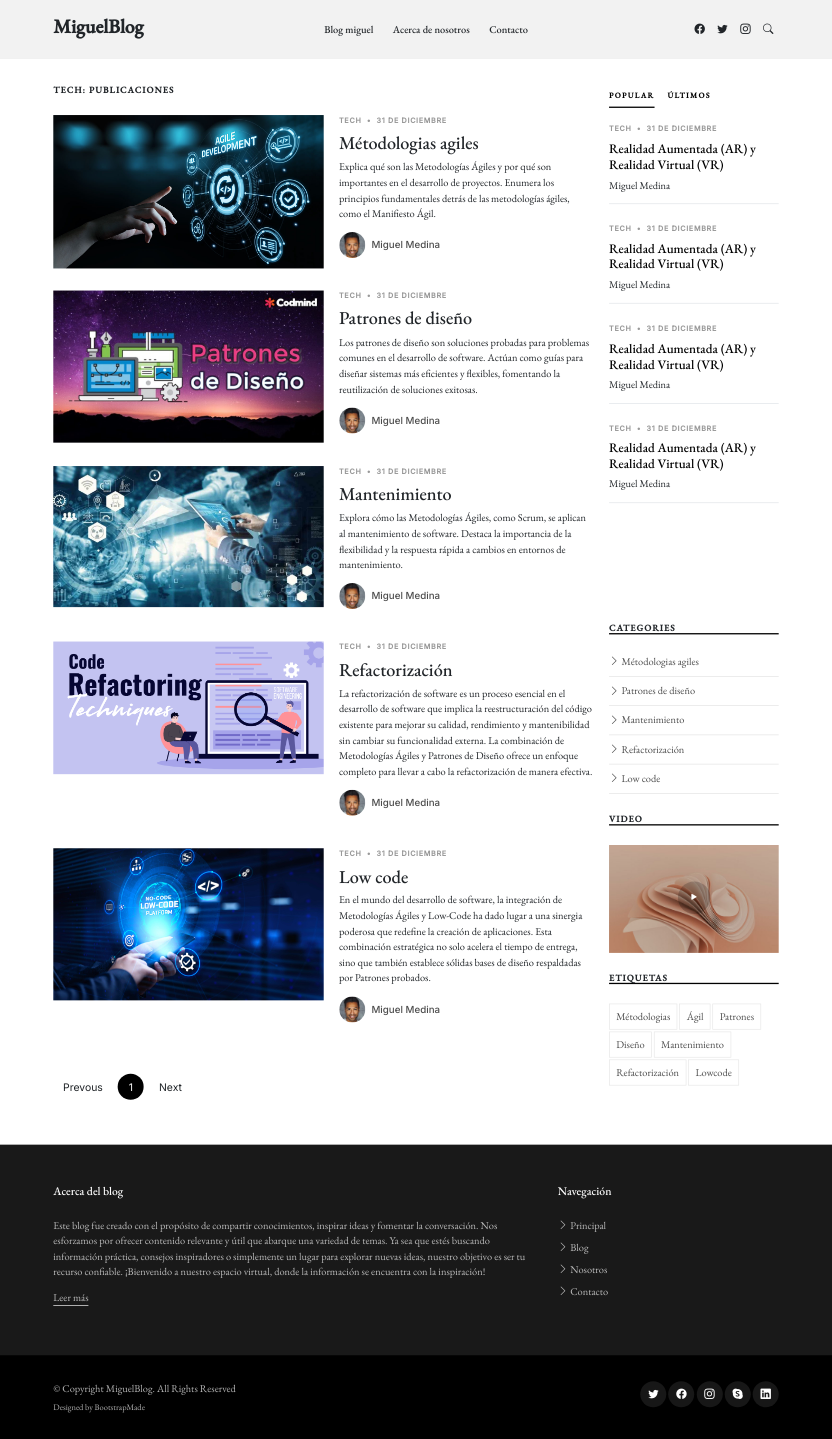
Repository: MiguelDev5/blog-miguel
Page: index.html
The author's editor kept a copy of each file at every save. The page is drawn from the files as they stood at one save, then again after the next save.
The browser window is 1280 px wide. The pictures show the whole page, at 65% of full size.
Some web fonts or font styles are not loaded; a fallback is used.

Above is the page before, as saved 2024-01-01 21:37:12.

After the next save:
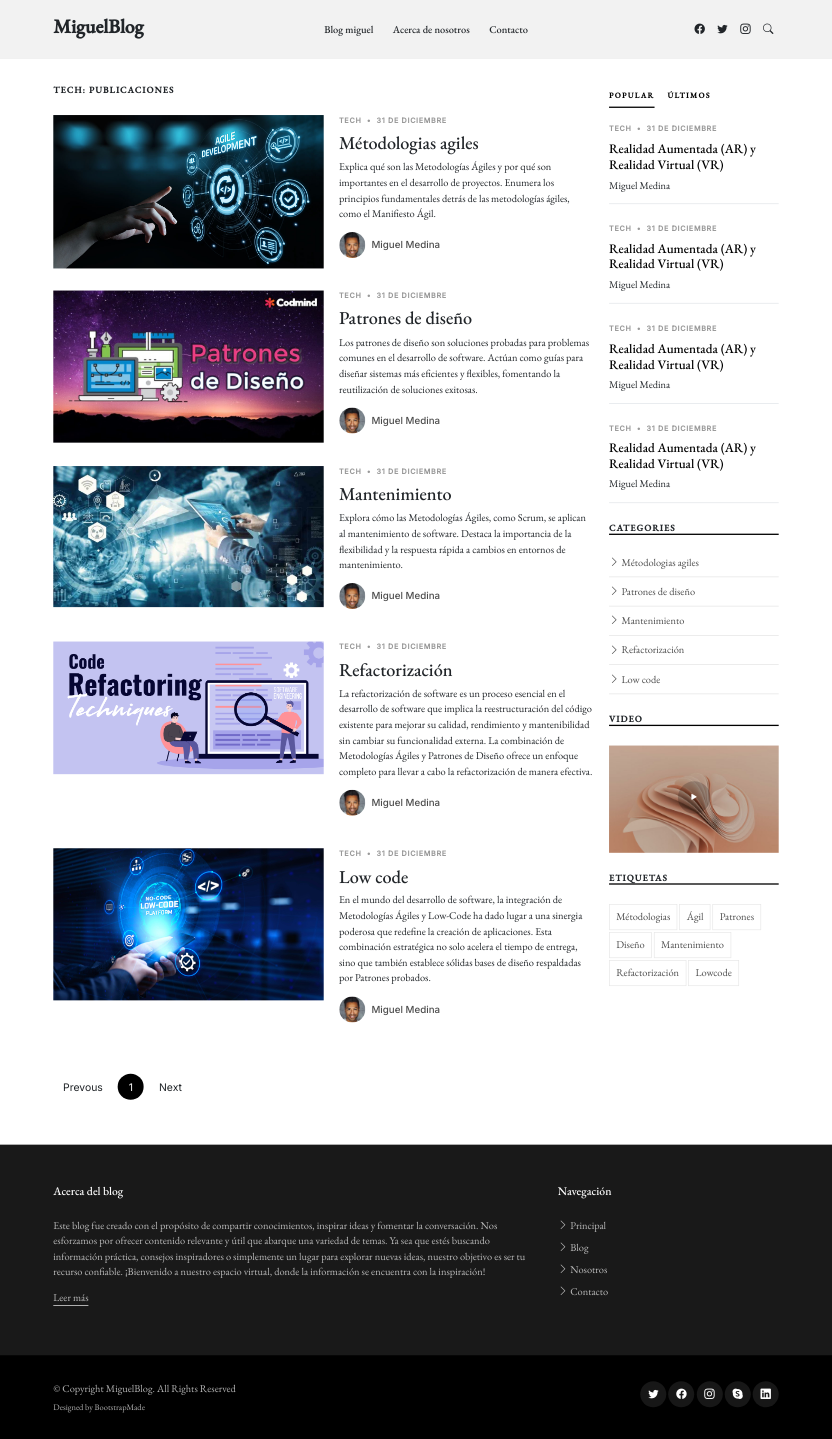
Saved 53 s later.
--- a/index.html
+++ b/index.html
@@ -223,7 +223,7 @@
                     <h2 class="mb-2"><a href="#">Realidad Aumentada (AR) y Realidad Virtual (VR)</a></h2>
                     <span class="author mb-3 d-block">Miguel Medina</span>
                   </div>
-
+                </div> <!-- End Popular -->
 
                 <!-- Latest -->
                 <div class="tab-pane fade" id="pills-latest" role="tabpanel" aria-labelledby="pills-latest-tab">
